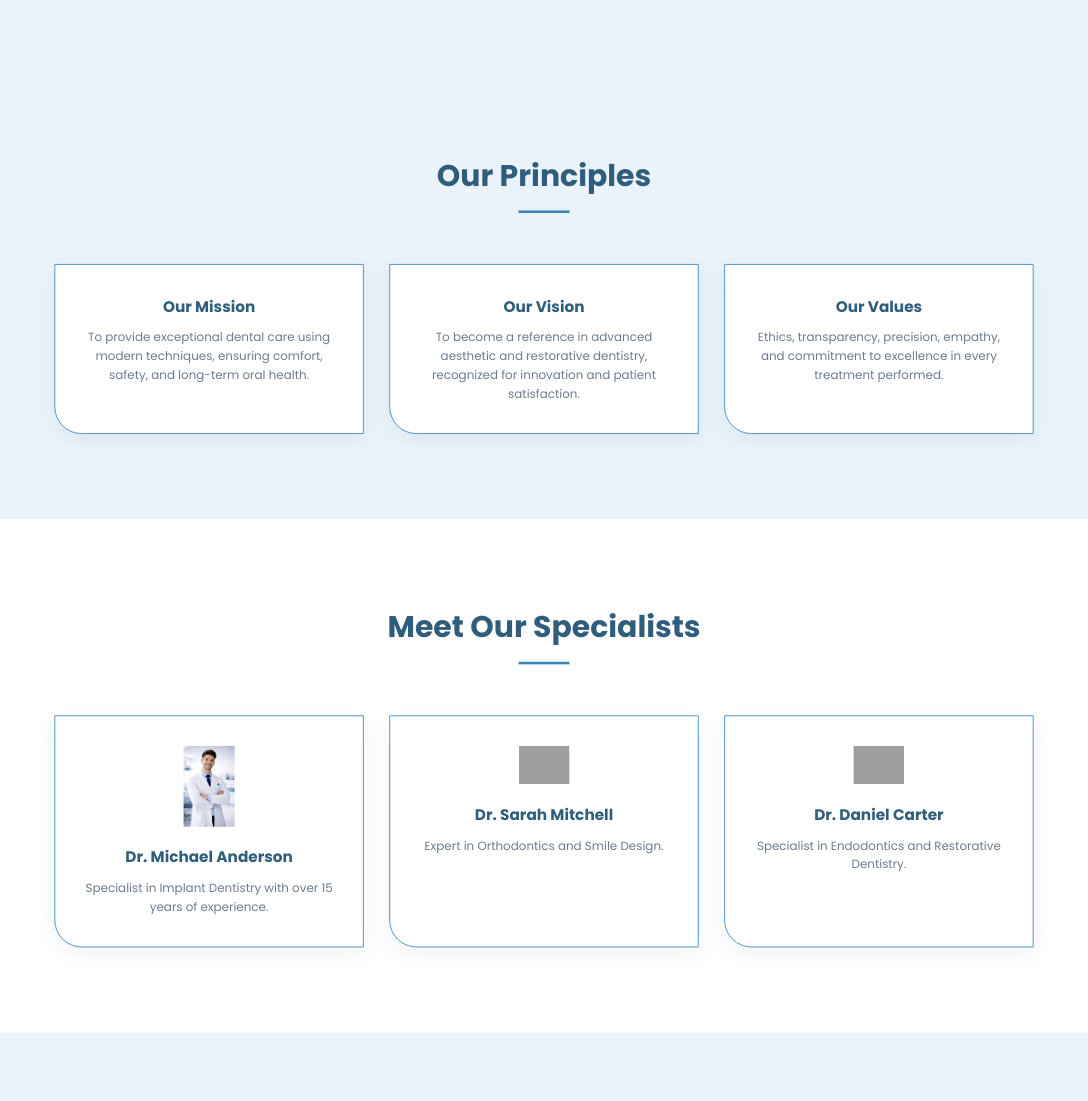
Repository: davidfsillva/OdontoPrime
Page: about.html
The author's editor kept a copy of each file at every save. The page is drawn from the files as they stood at one save, then again after the next save.
The browser window is 1280 px wide. The pictures show the part of the page from y = 969 to 2264 px (the page is 3355 px tall), at 85% of full size.
Pictures or frames that could not be fetched are drawn as grey boxes. A picture or video elsewhere on the page could not be fetched, so the positions and the page height are approximate.

Above is the page before, as saved 2026-02-16 21:47:12.

After the next save:
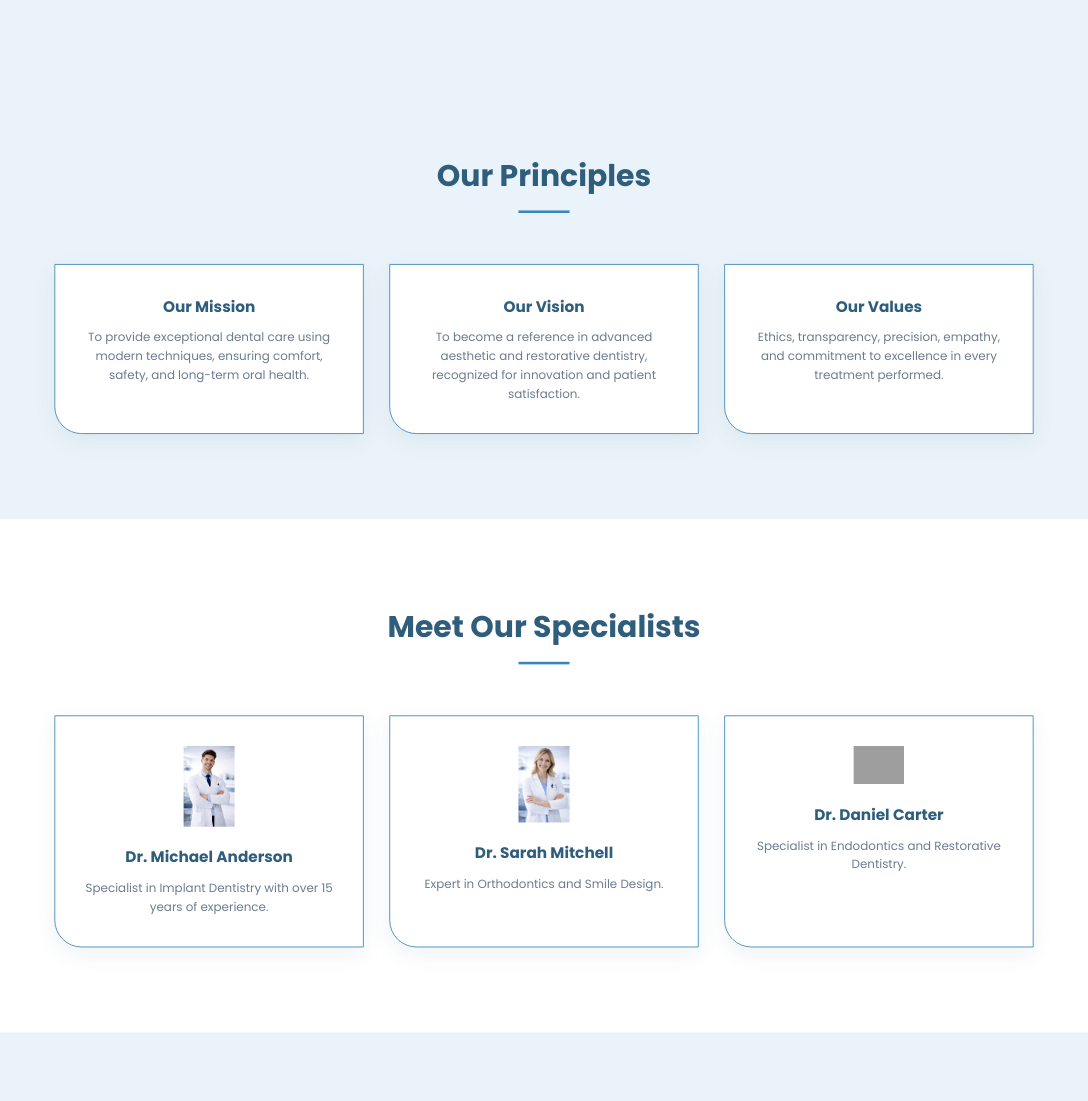
Saved 3 min 5 s later.
--- a/about.html
+++ b/about.html
@@ -113,7 +113,7 @@
             </div>
 
             <div class="card">
-                <img src="img/" alt="Orthodontist">
+                <img src="img/sara.webp" alt="Orthodontist">
                 <h3>Dr. Sarah Mitchell</h3>
                 <p>Expert in Orthodontics and Smile Design.</p>
             </div>
